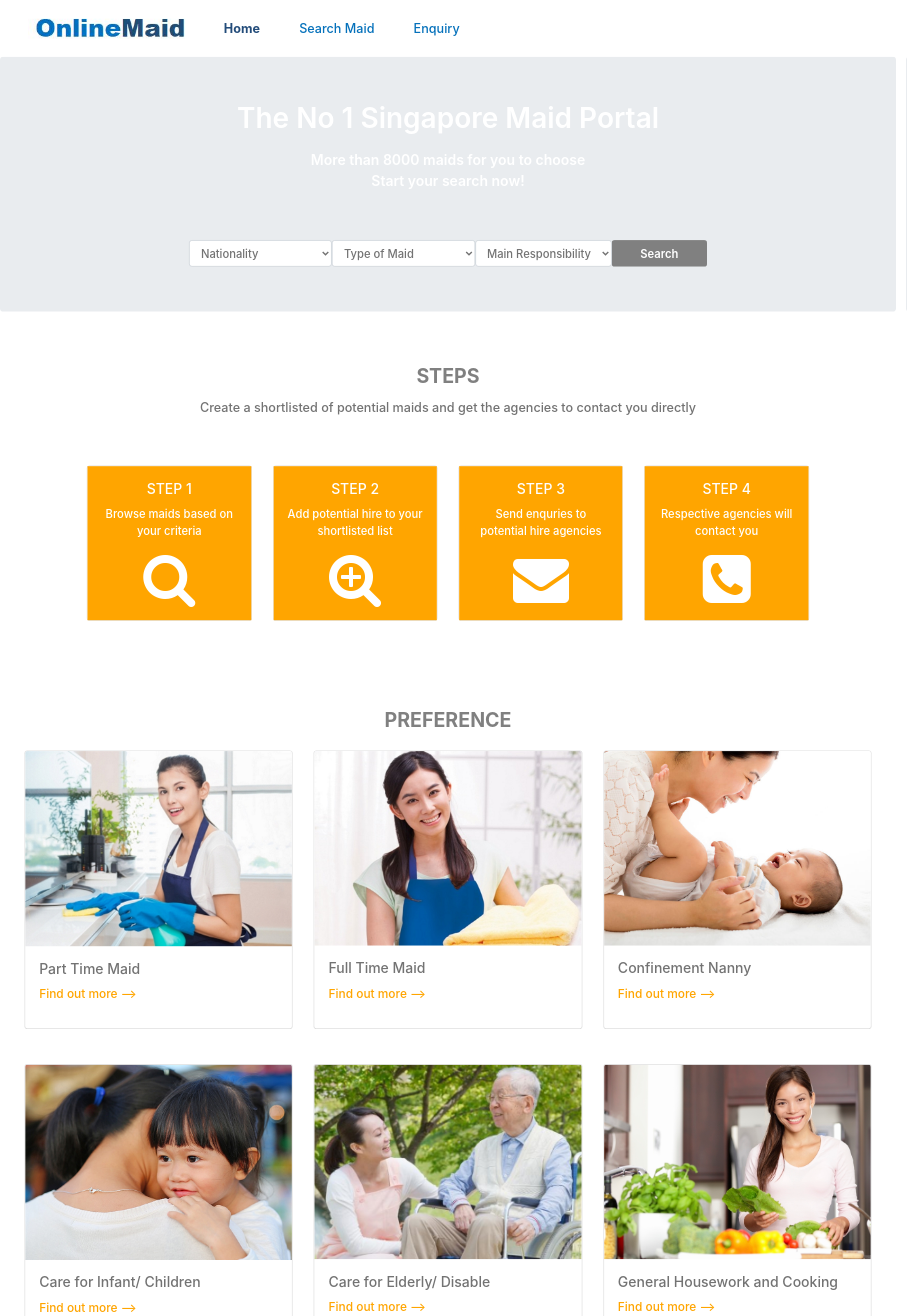
Repository: Code-Institute-Submissions/Project-1---Online-Maid
Page: index.html
The author's editor kept a record of every edit. The page is drawn from the files as they stood at one moment, then again after the next edit.
The browser window is 1280 px wide. The page is 1295 px wide, so the pictures cover 1295 px, including what lies to the right of the window. The pictures show the part of the page from y = 0 to 1880 px (the page is 3156 px tall before and 3308 px after), at 70% of full size.
Some web libraries are served in a nearby version.

Above is the page before.

After the next edit:
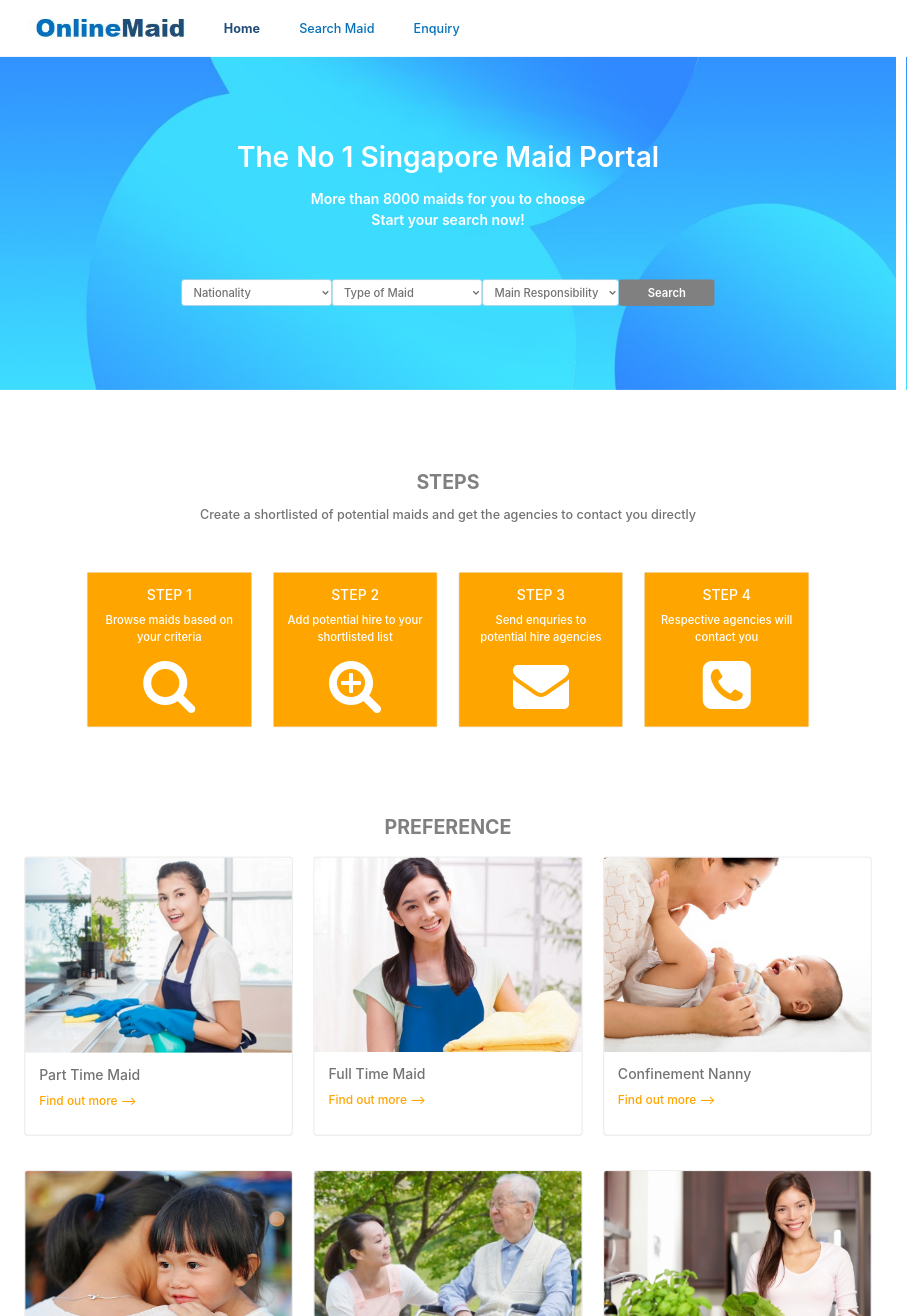
The edit:
--- a/index.html
+++ b/index.html
@@ -40,7 +40,7 @@
 
 <article>
   <section>
-  <div class="jumbotron">
+  <div class="j1">
       <h1 class= "maids-portal">The No 1 Singapore Maid Portal</h1>
       <p class= "getStarted">More than 8000 maids for you to choose<br>Start your search now!</br></p>
 
